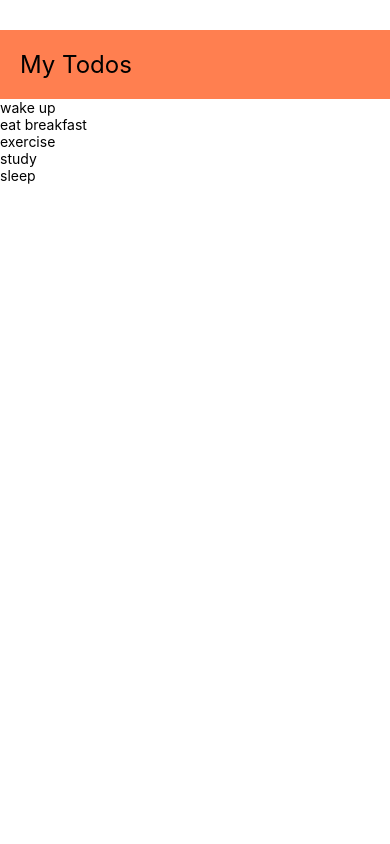
Repository: shiv0403/React-native-tutorial
Screen: /
These files come from the project's save history. The screen is drawn as it stood at one moment and after the next save; the edit follows.
The app was drawn by React Native's web renderer in a window 390 px wide. The project was rebuilt for these pictures with package versions that can differ from the ones it lists, and the page was loaded fresh each time.

Above is the screen before, as saved 2021-02-11 09:15:08.

After the next save:
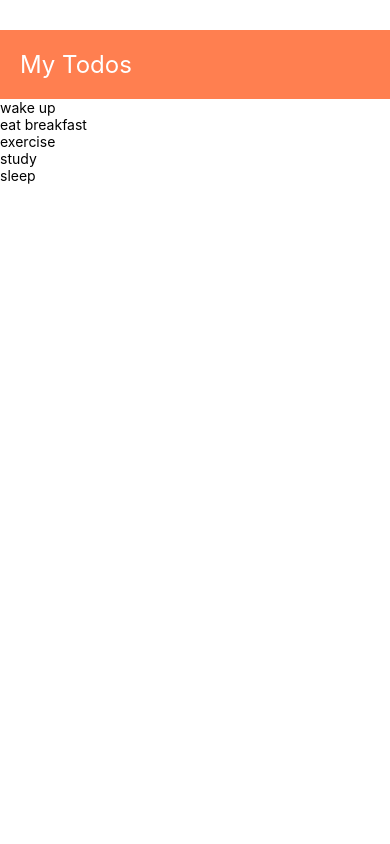
Saved 8 s later.
--- a/components/Header.js
+++ b/components/Header.js
@@ -16,5 +16,6 @@ const styles = StyleSheet.create({
   },
   title: {
     fontSize: 24,
+    color: "#fff",
   },
 });
